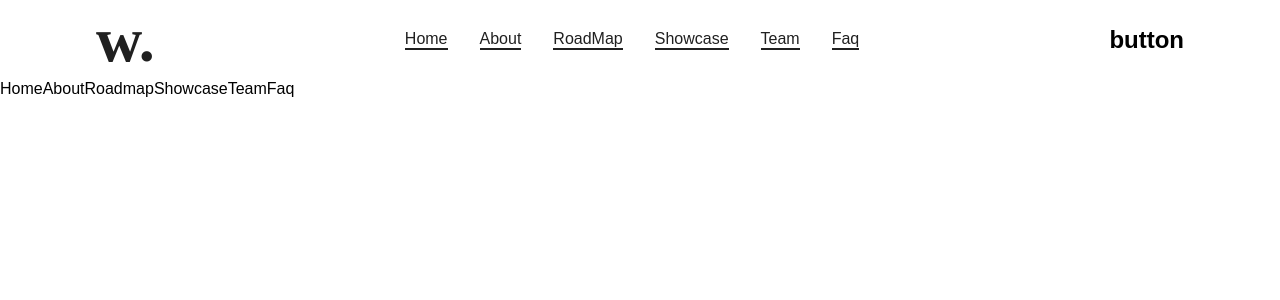
Repository: guilhermecardoso93/The-Weirdos-NFT-Website-Starter-Code
Page: /
These files come from the project's save history. The page is drawn as it stood at one moment and after the next save; the edit follows.
The browser window is 1280 px wide. The pictures show the whole page.
Some web fonts or font styles are not loaded; a fallback is used. The project was rebuilt for these pictures with package versions that can differ from the ones it lists, and the page was loaded fresh each time.

Above is the page before, as saved 2023-11-27 20:03:54.

### src/index.js
import React from 'react';
import ReactDOM from 'react-dom';
import {App} from './App';
import '../node_modules/normalize.css/normalize.css';
import { BrowserRouter } from 'react-router-dom';

//import reportWebVitals from './reportWebVitals';

ReactDOM.render(
  <React.StrictMode>
    <BrowserRouter>
      <App />
    </BrowserRouter>
  </React.StrictMode>,
  document.getElementById('root')
);

// If you want to start measuring performance in your app, pass a function
// to log results (for example: reportWebVitals(console.log))
// or send to an analytics endpoint. Learn more: https://bit.ly/CRA-vitals
//reportWebVitals();

### src/App.js
import { ThemeProvider } from "styled-components";

import { GlobalStyles } from "./styles/GlobalStyles";
import { light } from "./styles/Theme";

import { Navigation } from "./components/Navigation";
import { Home } from "./components/sections/Home";
import { About } from "./components/sections/About";
import { Roadmap } from "./components/sections/Roadmap";
import { Showcase } from "./components/sections/Showcase";
import { Team } from "./components/sections/Team";
import { Faq } from "./components/sections/Faq";

export function App() {
  return (
    <>
      <GlobalStyles />
        <ThemeProvider theme={light}>
          <Navigation />
          <Home />
          <About />
          <Roadmap />
          <Showcase />
          <Team />
          <Faq />
        </ThemeProvider>
    </>
  );
}

### src/styles/GlobalStyles.js
import { createGlobalStyle } from "styled-components"

import '@fontsource/akaya-telivigala';
import '@fontsource-variable/sora';


export const GlobalStyles = createGlobalStyle`
  *,*::before,*::after {
    margin: 0;
    padding: 0;
  }

  body {
  font-family: 'Sora Variable', sans-serif;
  overflow-x: hidden;
}

  h1, h2, h3, h4, h5, h6 {
  margin: 0;
  padding: 0;
  }

  a {
  color: inherit;
  text-decoration: none;
  }
`

### src/styles/Theme.js
export const light = {
    body: "#fff",
    text: "#202020",
    bodyRgba: "255, 255, 255",
    textRgba: "32,32,32",

    carouselColor: '#EEEDDE',

    fontxs: '0.75em',
    fontsm: '0.875em',
    fontmd: '1em', // 1em = 16px
    fontlg: '1.25em',
    fontxl: '2em',
    fontxxl: '3em',
    fontxxxl: '4em',

    fontButton: '0.875em',
    navHeight: '5rem',
}

export const dark = {
    body: "#202020",
    text: "#fff",

    bodyRgba: "32,32,32",
    textRgba: "255, 255, 255",

    carouselColor: '#EEEDDE',

    fontxs: '0.75em',
    fontsm: '0.875em',
    fontmd: '1em', // 1em = 16px
    fontlg: '1.25em',
    fontxl: '2em',
    fontxxl: '3em',
    fontxxxl: '4em',

    fontButton: '0.875em',
    navHeight: '5rem',
}

### src/components/Navigation/index.jsx
import { Logo } from "../Logo";
import { Section, NavBar, Menu } from "./style";

export function Navigation() {
  return (
    <Section>
      <NavBar>
        <Logo />
        <Menu>
          <li>Home</li>
          <li>About</li>
          <li>RoadMap</li>
          <li>Showcase</li>
          <li>Team</li>
          <li>Faq</li>
        </Menu>
        <h2>button</h2>
      </NavBar>
      </Section>
  )
}

### src/components/sections/Home/index.jsx
export function Home() {
  return (
    <>
      Home
    </>
  )
}

### src/components/sections/About/index.jsx
export function About() {
  return (
    <>
      About
    </>
  )
}

### src/components/sections/Roadmap/index.jsx
export function Roadmap() {
  return (
    <>
      Roadmap
    </>
  )
}

### src/components/sections/Showcase/index.jsx
export function Showcase() {
  return (
    <>
      Showcase
    </>
  )
}

### src/components/sections/Team/index.jsx
export function Team() {
  return (
    <>
      Team
    </>
  )
}

### src/components/sections/Faq/index.jsx
export function Faq() {
  return (
    <>
      Faq
    </>
  )
}

### src/components/Logo/index.jsx
import { Link } from "react-router-dom";
import { LogoText } from "./style";

export function Logo() {
  return (
    <LogoText>
      <Link to="/">w.</Link>
    </LogoText>
  );
}

### src/components/Navigation/style.js
import styled from "styled-components";

export const Section = styled.section`
  width: 100vw;
  background-color: ${props => props.theme.body};
`

export const NavBar = styled.nav`
  display: flex;
  justify-content: space-between;
  align-items: center;

  width: 85%;
  height: ${props => props.theme.navHeight};
  margin: 0 auto;
`;

export const Menu = styled.ul`
  display: flex;
  justify-content: space-between;
  align-items: center;
  list-style: none;

  li {
    margin: 0 1rem;
    color: ${props => props.theme.text};
    cursor: pointer;

    &::after {
      content: '';
      display: block;
      width: 100%;
      height: 2px;
      background-color: ${props => props.theme.text};
      transition: width 0.3 ease;
    }

    &:hover::after {

    }
  }
`

### src/components/Logo/style.js
import styled from "styled-components";
import "@fontsource/akaya-telivigala";

export const LogoText = styled.h1`
  font-family: "Akaya Telivigala", cursive;
  font-size: ${props => props.theme.fontxxxl};
  color: ${props => props.theme.text};
  transition: all 0.2s ease;

  &:hover {
    transform: scale(1.1)
  }
`;

Loaded but not shown: public/index.html (common file)

After the next save:
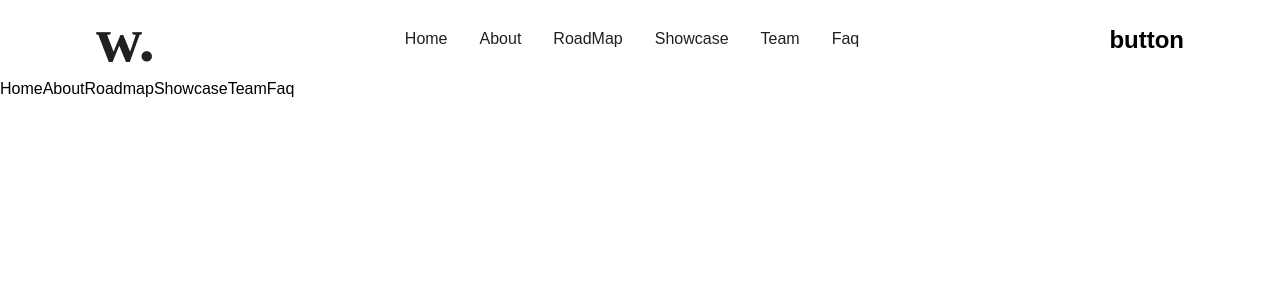
Saved 1 s later.
--- a/src/components/Navigation/style.js
+++ b/src/components/Navigation/style.js
@@ -29,14 +29,14 @@
     &::after {
       content: '';
       display: block;
-      width: 100%;
+      width: 0%;
       height: 2px;
       background-color: ${props => props.theme.text};
       transition: width 0.3 ease;
     }
 
     &:hover::after {
-
+      width: 100%;
     }
   }
 `
